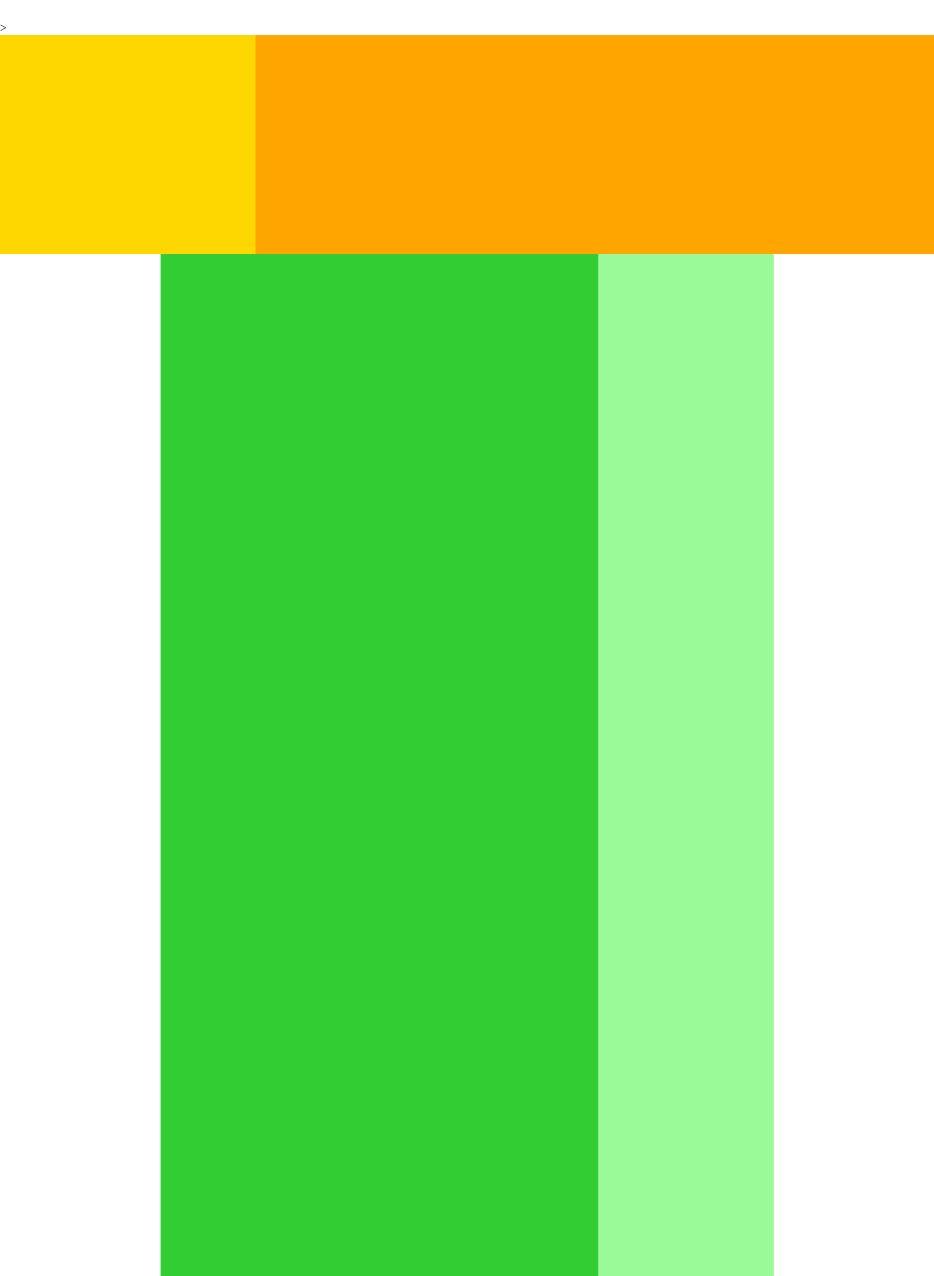
Repository: takanauti/task
Page: caravan/index.html
The author's editor kept a record of every edit. The page is drawn from the files as they stood at one moment, then again after the next edit.
The browser window is 1280 px wide. The pictures show the whole page, at 73% of full size.

Above is the page before.

After the next edit:
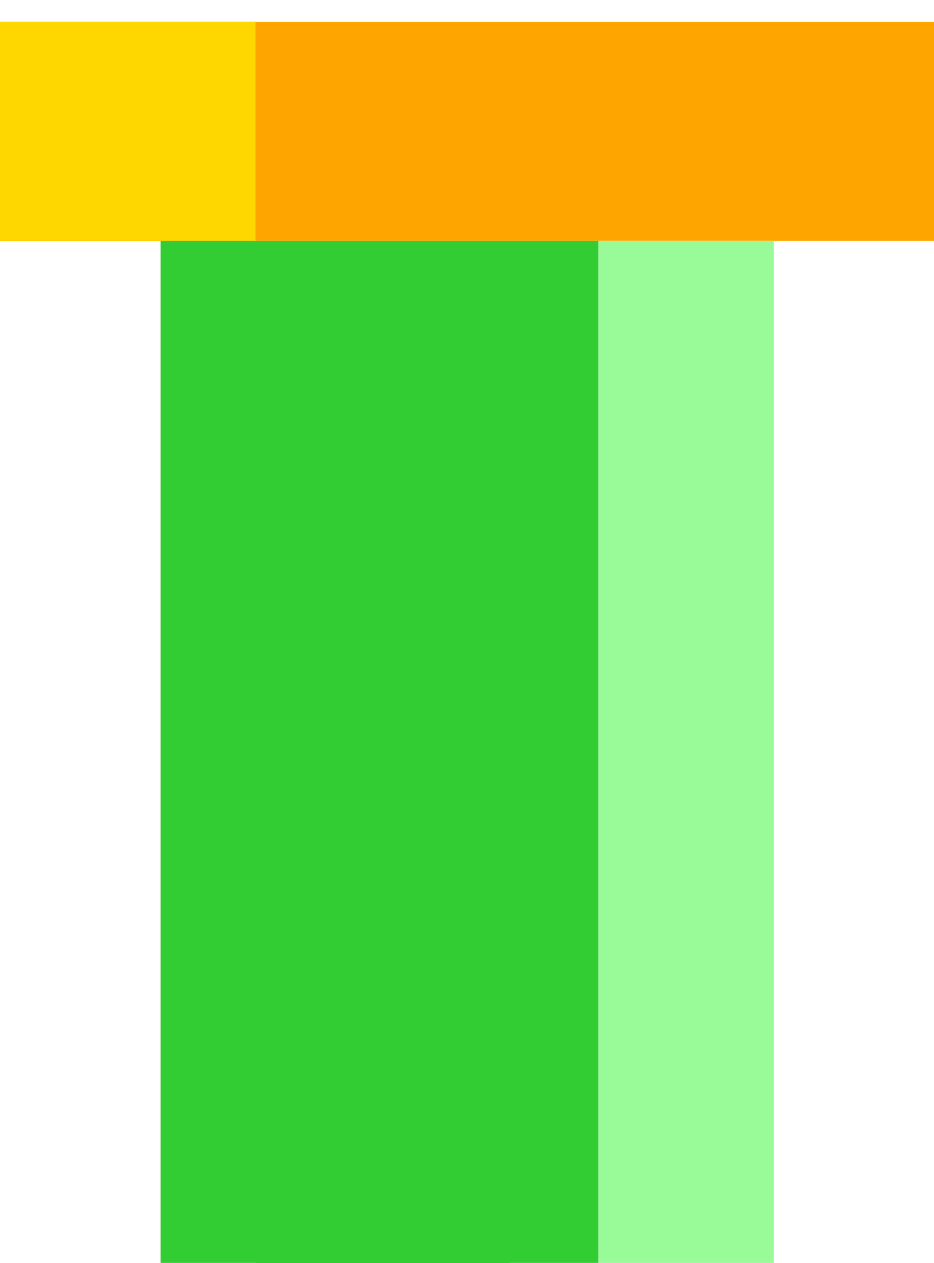
The edit:
--- a/caravan/index.html
+++ b/caravan/index.html
@@ -11,7 +11,7 @@
     <!--header-->
     <header>
 
-    </header>>
+    </header>
 
     </header>
 
